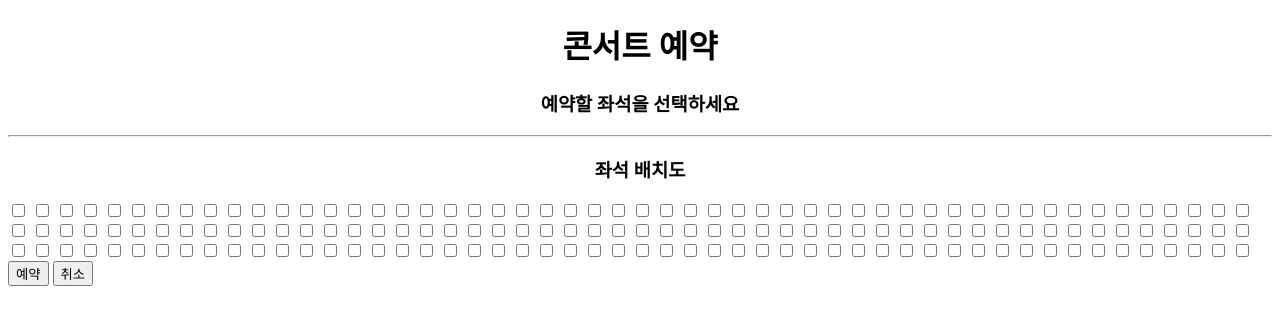
Repository: bbseok97/HTML
Page: http://localhost/jspbasic/application/reserve.jsp
These files come from the project's save history. The page is drawn as it stood at one moment and after the next save; the edit follows.
The browser window is 1280 px wide. The pictures show the whole page.
The page is served by Tomcat 9.

Above is the page before, as saved 2024-04-09 02:55:10.

After the next save:
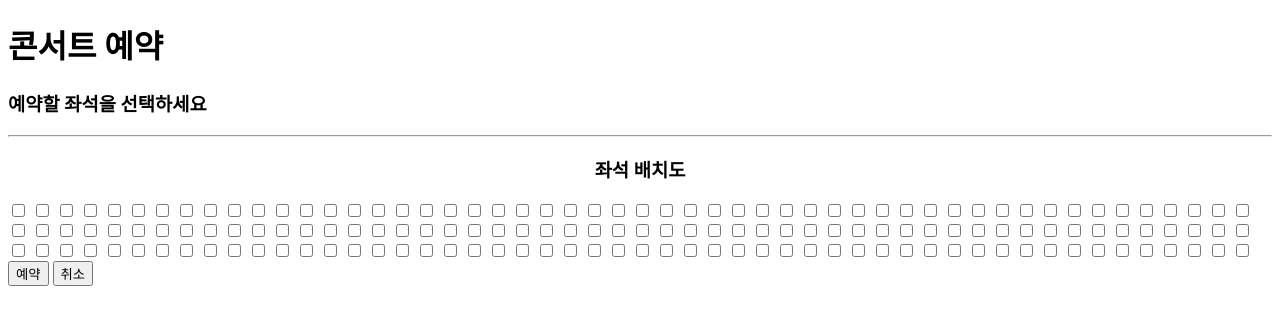
Saved 81 s later.
--- a/jspbasic/src/main/webapp/application/reserve.jsp
+++ b/jspbasic/src/main/webapp/application/reserve.jsp
@@ -9,8 +9,8 @@
 	</head>
 	<body>
 		<form>
-		<h1 style="text-align:center">콘서트 예약</h1>
-		<h3 style="text-align:center">예약할 좌석을 선택하세요</h3>
+		<h1>콘서트 예약</h1>
+		<h3>예약할 좌석을 선택하세요</h3>
 		<hr>
 		<h3 style="text-align:center">좌석 배치도</h3>
 		<% for(int i=1; i <= 6; i++){ %>
